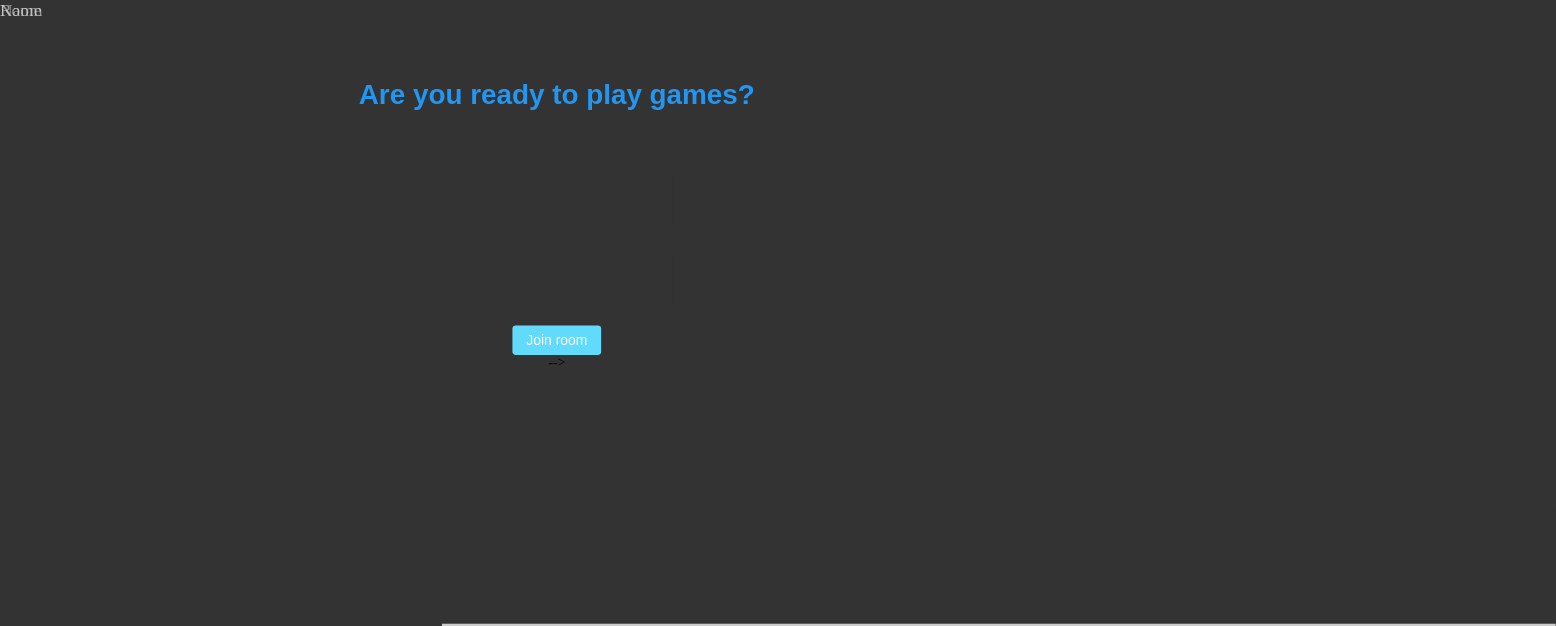
Repository: rektyyy/henhouse
Page: client/index.html
An editor plug-in stored every save of this project. The page is shown before and after the next save, followed by the edit.
The browser window is 1280 px wide. The page is 1788 px wide, then 1280 px, so the pictures cover 1788 px, including what lies to the right of the window. The pictures show the whole page, at 87% of full size.

Above is the page before, as saved 2023-12-30 10:29:36.

### client/index.html
<!DOCTYPE html>
<html lang="en">

<head>
    <meta name="viewport" content="width=device-width, initial-scale=1.0">
    <title>Cool Start Page</title>
    <link rel="stylesheet" type="text/css" href="styles_index.css">
</head>

<body>
    <h1>Are you ready to play games?</h1>
    <div class="centered">
        <div class="group1">
            <input type="text" id="name" required>
            <label for="name">Name</label>
            <div class="bar"></div>
        </div>
    </div>


    <div class="centered">
        <div class="group2">
            <input type="text" id="room" required>
            <label for="name">Room</label>
            <div class="bar"></div>
        </div>
    </div>
    <button id="button_room" type="submit">Join room</button> -->

    <script type="text/javascript" src="index.js"></script>
</body>

</html>

### client/styles_index.css
* {
  box-sizing: border-box;
}

body {
  background: #333;
  display: flex;
  flex-direction: column;
  align-items: center;
  padding-top: 50px; /* Adjust as needed */
  min-height: 100vh;
  margin: 0;
}

h1 {
  font-family: "Arial", sans-serif;
  text-align: center;
  color: #2196f3;
  padding: 20px;
  background-color: #333;
  margin-bottom: 20px;
  border-radius: 5px;
}

button {
  padding: 0.5rem 1rem;
  font-size: 1rem;
  border: none;
  border-radius: 0.25rem;
  background-color: #61dafb;
  color: #fff;
  cursor: pointer;
  outline: none;
  margin-top: 20px; /* Spacing after the input fields */
}

button:hover {
  background-color: #4fa3d1;
}

.group {
  width: 550px;
  margin-bottom: 20px; /* Spacing between groups */
  position: relative;
}

label {
  position: absolute;
  top: 0; /* Adjust as needed */
  left: 0;
  color: rgba(255, 255, 255, 0.5);
  font-size: 20px; /* Adjust as needed */
  cursor: text;
  transition: 0.25s ease;
}

input {
  display: block;
  width: 100%;
  padding: 20px 0; /* Adjust padding as needed */
  border: none;
  border-radius: 0;
  color: white;
  background: #333;
  font-size: 20px; /* Adjust font size as needed */
  margin-top: 30px; /* Creates space for the label */
}

.bar {
  background: rgba(255, 255, 255, 0.5);
  height: 3px;
  width: 100%;
  position: absolute;
  bottom: 0; /* Position at the bottom of the input field */
}

::selection {
  background: rgba(33, 150, 243, 0.3);
}

### client/index.js
const input_room = document.getElementById('input_room');
const button_room = document.getElementById('button_room');

// Joins room
button_room.addEventListener('click', () => {
    if (input_room.value) {
        currentRoomId = input_room.value;
        input_room.value = '';
        window.location.href = `/game.html?room=${currentRoomId}`;
    }
});

After the next save:
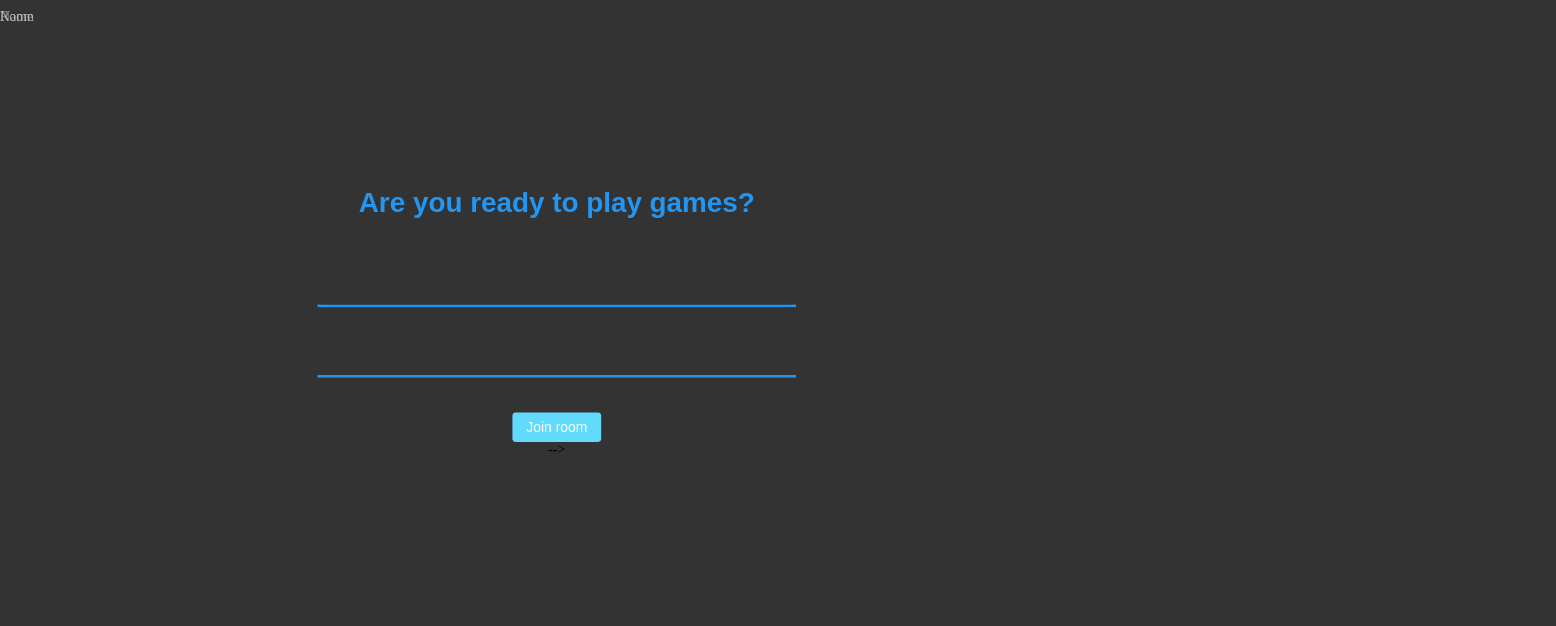
Saved 26 s later.
--- a/client/styles_index.css
+++ b/client/styles_index.css
@@ -7,9 +7,10 @@ body {
   display: flex;
   flex-direction: column;
   align-items: center;
-  padding-top: 50px; /* Adjust as needed */
+  justify-content: center;
   min-height: 100vh;
   margin: 0;
+  padding: 0;
 }
 
 h1 {
@@ -18,6 +19,7 @@ h1 {
   color: #2196f3;
   padding: 20px;
   background-color: #333;
+  margin-top: 0;
   margin-bottom: 20px;
   border-radius: 5px;
 }
@@ -31,49 +33,58 @@ button {
   color: #fff;
   cursor: pointer;
   outline: none;
-  margin-top: 20px; /* Spacing after the input fields */
+  margin-top: 20px;
 }
 
 button:hover {
   background-color: #4fa3d1;
 }
 
+.centered {
+  width: 100%;
+  max-width: 550px;
+  margin-bottom: 20px;
+}
+
 .group {
-  width: 550px;
-  margin-bottom: 20px; /* Spacing between groups */
+  width: 100%;
+  margin-bottom: 10px;
   position: relative;
 }
 
 label {
+  color: rgba(255, 255, 255, 0.5);
+  font-size: 1rem;
   position: absolute;
-  top: 0; /* Adjust as needed */
+  top: 10px;
   left: 0;
-  color: rgba(255, 255, 255, 0.5);
-  font-size: 20px; /* Adjust as needed */
-  cursor: text;
   transition: 0.25s ease;
 }
 
 input {
-  display: block;
   width: 100%;
-  padding: 20px 0; /* Adjust padding as needed */
+  padding: 20px 10px;
   border: none;
-  border-radius: 0;
+  border-radius: 5px;
   color: white;
   background: #333;
-  font-size: 20px; /* Adjust font size as needed */
-  margin-top: 30px; /* Creates space for the label */
+  font-size: 1rem;
+  margin-bottom: 5px;
+}
+
+input:focus {
+  outline: none;
+}
+
+input:focus + label,
+input:valid + label {
+  top: -20px;
+  font-size: 0.8rem;
+  color: #2196f3;
 }
 
 .bar {
-  background: rgba(255, 255, 255, 0.5);
   height: 3px;
-  width: 100%;
-  position: absolute;
-  bottom: 0; /* Position at the bottom of the input field */
+  background: #2196f3;
+  margin-top: -5px;
 }
-
-::selection {
-  background: rgba(33, 150, 243, 0.3);
-}
